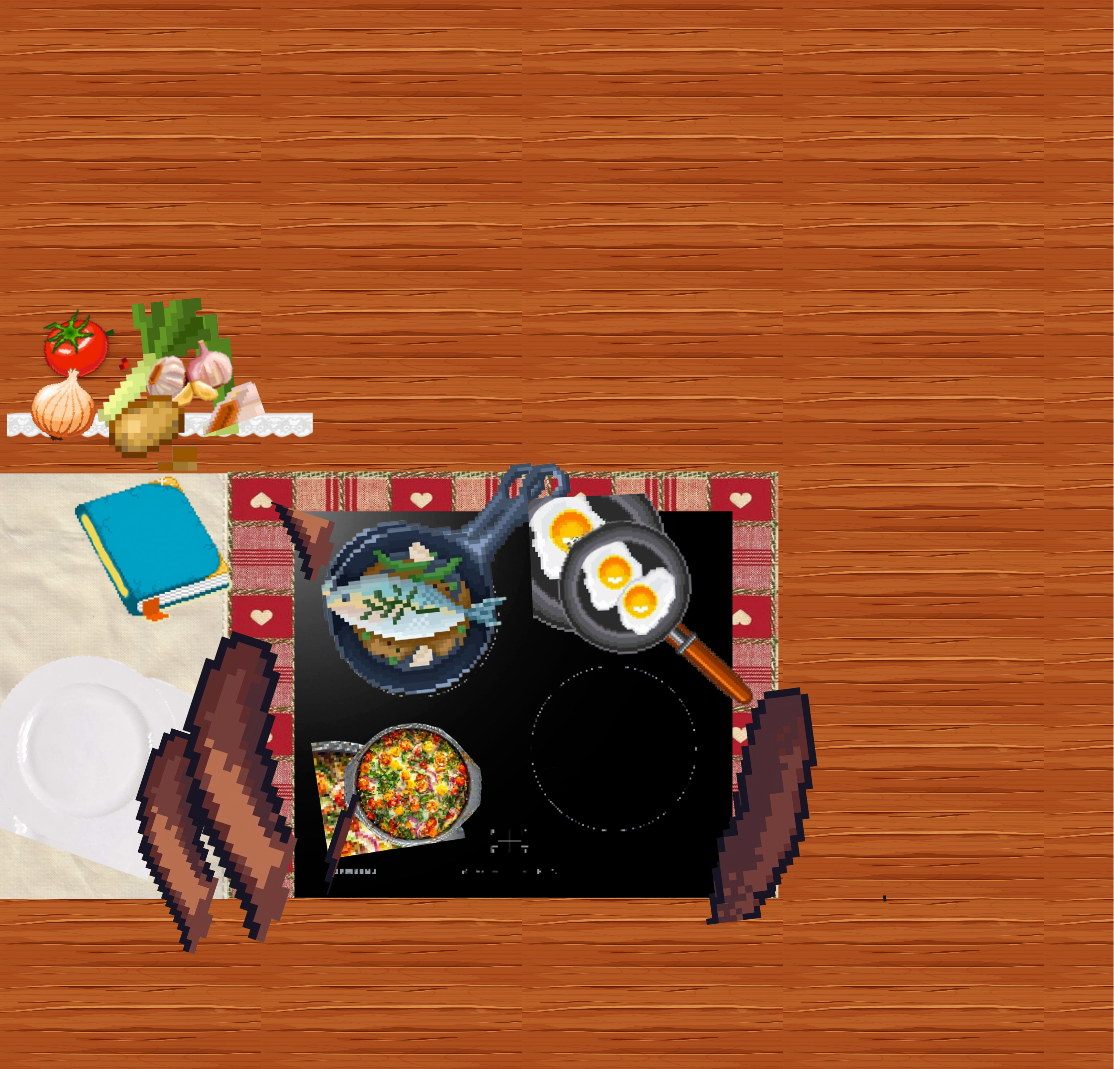
Repository: AJamdonuts/ToddyTalks
Page: playingaround2/pages/chefsujin.html
These files come from the project's save history. The page is drawn as it stood at one moment and after the next save; the edit follows.
The browser window is 1280 px wide. The pictures show the whole page, at 87% of full size.

Above is the page before, as saved 2025-11-26 20:31:11.

After the next save:
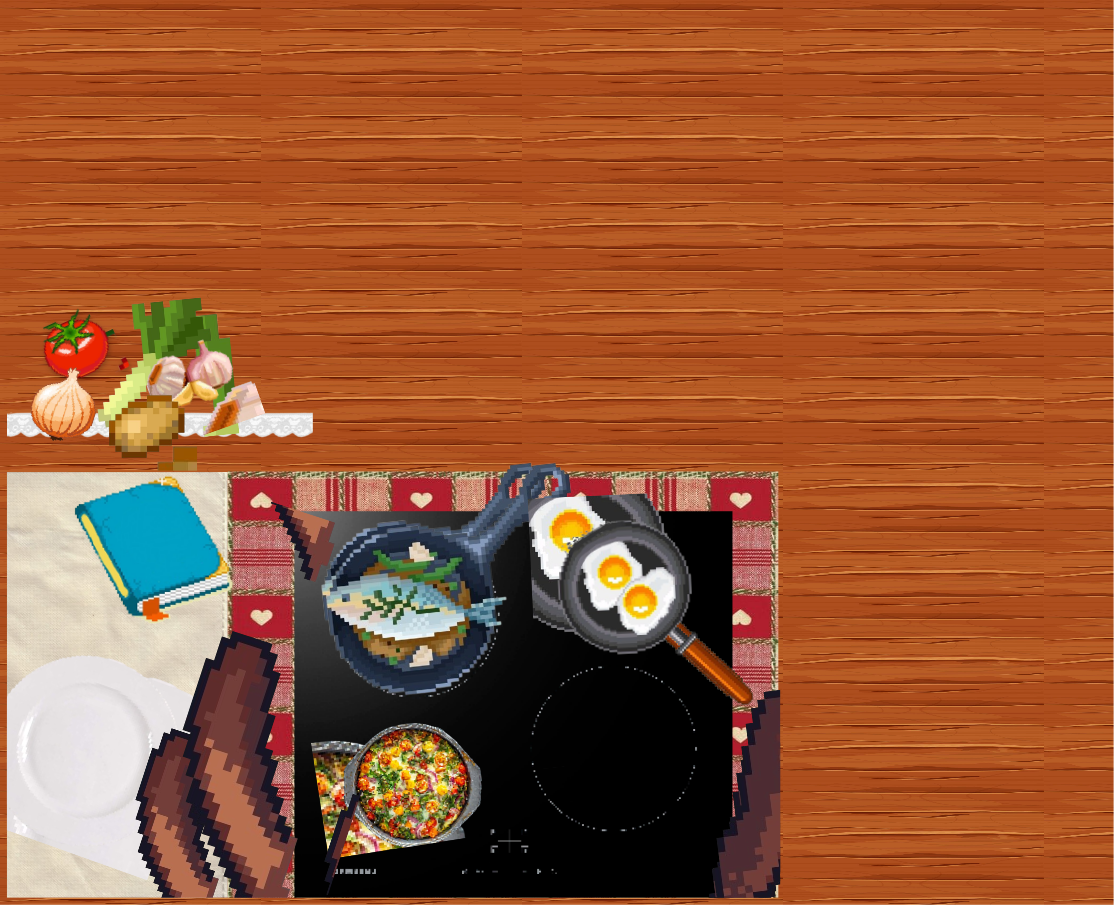
Saved 7 min 11 s later.
--- a/playingaround2/styles/chefsujin.css
+++ b/playingaround2/styles/chefsujin.css
@@ -9,6 +9,7 @@
     height: 100%;
     transform-origin: bottom left;
     transform: scale(var(--scale-factor, 1));
+    overflow: hidden;
 }
 
 /* Use Flexbox on the body to center the .canvas element when it hits the max size */
@@ -158,7 +159,7 @@ body {
     width: 476px;
     height: 696px;
     left: -115px;
-    top: 330px;
+    bottom:0px;
     background: url(b41e50d46e26e9463ce130b2da7a46aa.jpg);
 }
 
